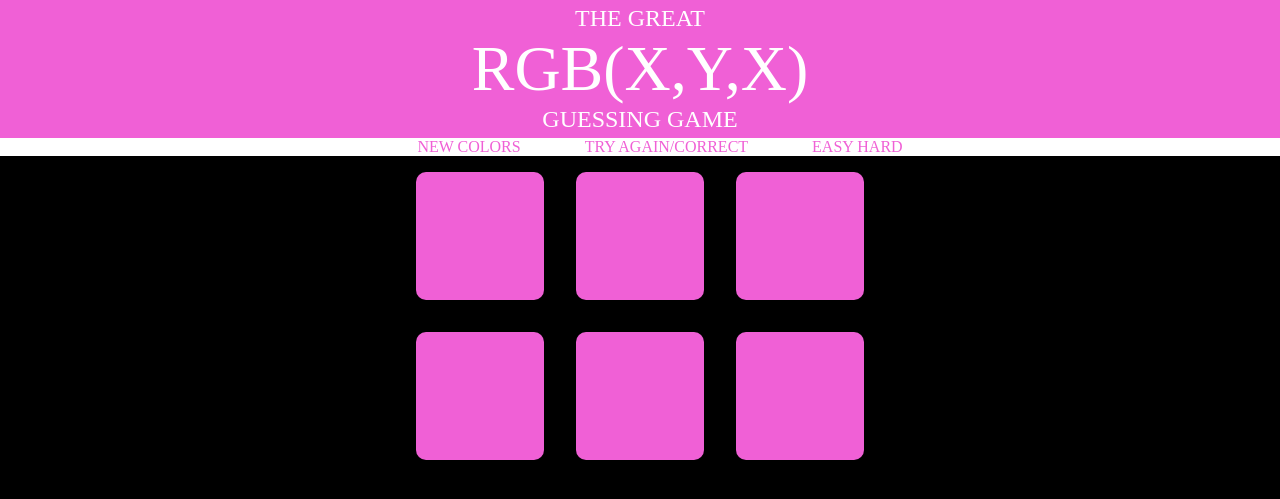
Repository: EEOOOO/javascript-projects
Page: rgbColorGameApp/index.html
These files come from the project's save history. The page is drawn as it stood at one moment and after the next save; the edit follows.
The browser window is 1280 px wide. The pictures show the whole page.

Above is the page before, as saved 2022-07-18 19:56:06.

After the next save:
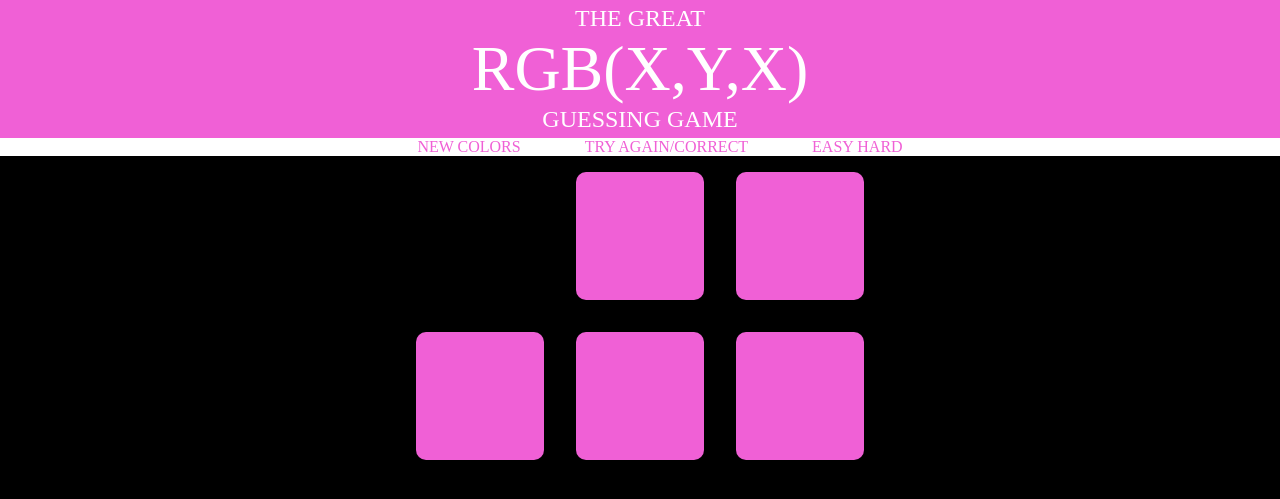
Saved 16 s later.
--- a/rgbColorGameApp/index.html
+++ b/rgbColorGameApp/index.html
@@ -33,7 +33,7 @@
         </ul>
     </header>
     <main class="boxes">
-        <div class="colorBox 1" style = ""></div>
+        <div class="colorBox 1" style = "background-color:black"></div>
         <div class="colorBox 2"></div>
         <div class="colorBox 3"></div>
         <div class="colorBox 4"></div>
